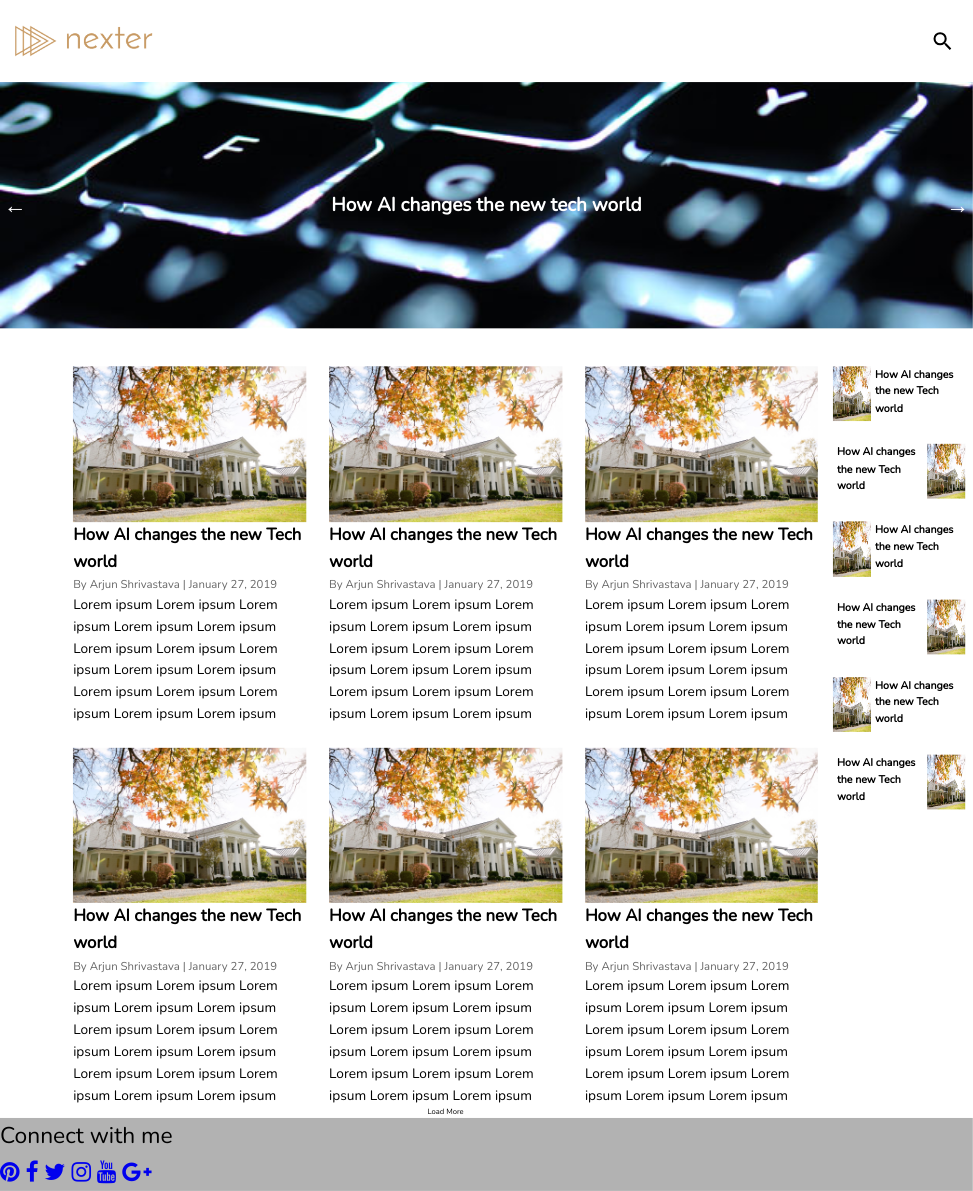
Repository: geekyarjun/myblog
Page: index.html
These files come from the project's save history. The page is drawn as it stood at one moment and after the next save; the edit follows.
The browser window is 1280 px wide. The pictures show the whole page, at 76% of full size.
Some web libraries are served in a nearby version. The style sheet was rebuilt from its Sass, Less or Tailwind sources for each picture, by a compiler version that may differ from the author's.

Above is the page before, as saved 2019-03-03 18:56:47.

### index.html
<!DOCTYPE html>
<html>
<head>
    <meta charset="utf-8" />
    <meta http-equiv="X-UA-Compatible" content="IE=edge">
    <title>Tech Stack</title>
    <meta name="viewport" content="width=device-width, initial-scale=1">
    <link href="https://fonts.googleapis.com/css?family=Nunito:200,300,400" rel="stylesheet">
    <link rel="stylesheet" href="css/style.css">
    <link href='https://fonts.googleapis.com/css?family=Open+Sans|Oswald:300' rel='stylesheet' type='text/css'>
    <link rel="stylesheet" href="https://maxcdn.bootstrapcdn.com/font-awesome/4.4.0/css/font-awesome.min.css">

    <!-- <link href="https://fonts.googleapis.com/css?family=Nunito:300,400,600" rel="stylesheet"> -->
</head>
<body class="container">
    <header class="header">
        <img src="/img/logo.png" alt="techstack logo" class="header__logo">
        <img src="/img/search.svg" alt="Search icon" class="header__search-logo">
    </header>
    <section class="slider">
        <img src="img/best-tech-sites.jpg" alt="slide post-1" />
        <h2>How AI changes the new tech world</h2>
        <button class="slider--previous" onclick="moveSlides('-')">&larr;</button>
        <button class="slider--next" onclick="moveSlides('+')">&rarr;</button>
    </section>
    <main class="post_container">
        <article>
            <img src="img/gal-1.jpeg" alt="first post" />
            <h2>How AI changes the new Tech world</h2>
            <p class="author">By Arjun Shrivastava | January 27, 2019</p>
            <p class="text">Lorem ipsum Lorem ipsum Lorem ipsum Lorem ipsum Lorem ipsum Lorem ipsum Lorem ipsum Lorem ipsum Lorem ipsum Lorem ipsum Lorem ipsum Lorem ipsum Lorem ipsum Lorem ipsum Lorem ipsum</p>
        </article>
        <article>
            <img src="img/gal-1.jpeg" alt="first post" />
            <h2>How AI changes the new Tech world</h2>
            <p class="author">By Arjun Shrivastava | January 27, 2019</p>
            <p class="text">Lorem ipsum Lorem ipsum Lorem ipsum Lorem ipsum Lorem ipsum Lorem ipsum Lorem ipsum Lorem ipsum Lorem ipsum Lorem ipsum Lorem ipsum Lorem ipsum Lorem ipsum Lorem ipsum Lorem ipsum</p>
        </article>
        <article>
            <img src="img/gal-1.jpeg" alt="first post" />
            <h2>How AI changes the new Tech world</h2>
            <p class="author">By Arjun Shrivastava | January 27, 2019</p>
            <p class="text">Lorem ipsum Lorem ipsum Lorem ipsum Lorem ipsum Lorem ipsum Lorem ipsum Lorem ipsum Lorem ipsum Lorem ipsum Lorem ipsum Lorem ipsum Lorem ipsum Lorem ipsum Lorem ipsum Lorem ipsum</p>
        </article>
        <article>
            <img src="img/gal-1.jpeg" alt="first post" />
            <h2>How AI changes the new Tech world</h2>
            <p class="author">By Arjun Shrivastava | January 27, 2019</p>
            <p class="text">Lorem ipsum Lorem ipsum Lorem ipsum Lorem ipsum Lorem ipsum Lorem ipsum Lorem ipsum Lorem ipsum Lorem ipsum Lorem ipsum Lorem ipsum Lorem ipsum Lorem ipsum Lorem ipsum Lorem ipsum</p>
        </article>
        <article>
            <img src="img/gal-1.jpeg" alt="first post" />
            <h2>How AI changes the new Tech world</h2>
            <p class="author">By Arjun Shrivastava | January 27, 2019</p>
            <p class="text">Lorem ipsum Lorem ipsum Lorem ipsum Lorem ipsum Lorem ipsum Lorem ipsum Lorem ipsum Lorem ipsum Lorem ipsum Lorem ipsum Lorem ipsum Lorem ipsum Lorem ipsum Lorem ipsum Lorem ipsum</p>
        </article>
        <article>
            <img src="img/gal-1.jpeg" alt="first post" />
            <h2>How AI changes the new Tech world</h2>
            <p class="author">By Arjun Shrivastava | January 27, 2019</p>
            <p class="text">Lorem ipsum Lorem ipsum Lorem ipsum Lorem ipsum Lorem ipsum Lorem ipsum Lorem ipsum Lorem ipsum Lorem ipsum Lorem ipsum Lorem ipsum Lorem ipsum Lorem ipsum Lorem ipsum Lorem ipsum</p>
        </article>
    </main>
    <aside class="aside-latest-blog-post">
        <article>
            <img src="img/gal-1.jpeg" alt="first post" />
            <h3>How AI changes the new Tech world</h3>
        </article>
        <article class="aside-latest-blog-post__alternate-post">
            <h3>How AI changes the new Tech world</h3>
            <img src="img/gal-1.jpeg" alt="first post" />
        </article>
        <article>
            <img src="img/gal-1.jpeg" alt="first post" />
            <h3>How AI changes the new Tech world</h3>
        </article>
        <article class="aside-latest-blog-post__alternate-post">
            <h3>How AI changes the new Tech world</h3>
            <img src="img/gal-1.jpeg" alt="first post" />
        </article>
        <article>
            <img src="img/gal-1.jpeg" alt="first post" />
            <h3>How AI changes the new Tech world</h3>
        </article>
        <article class="aside-latest-blog-post__alternate-post">
            <h3>How AI changes the new Tech world</h3>
            <img src="img/gal-1.jpeg" alt="first post" />
        </article>
    </aside>
    <section class="load-more">Load More</section>
    <footer class="footer">
        <section class="footer__wrapper">
            <section class="footer__connect-text">Connect with me</section>
            <section class="footer__social-icon">
                <a href="https://www.pinterest.com/paviliongift/" class="generic-anchor" target="_blank" title="Pinterest" itemprop="significantLink"><i
                        class="fa fa-pinterest"></i></a>
                <a href="https://www.facebook.com/paviliongift" class="generic-anchor" target="_blank" title="Facebook" itemprop="significantLink"><i
                        class="fa fa-facebook"></i></a>
                <a href="https://twitter.com/PavilionGiftCo" class="generic-anchor" target="_blank" title="Twitter" itemprop="significantLink"><i
                        class="fa fa-twitter"></i></a>
                <a href="http://instagram.com/paviliongiftcompany" class="generic-anchor" target="_blank" title="Instagram" itemprop="significantLink"><i
                        class="fa fa-instagram"></i></a>
                <a href="https://www.youtube.com/channel/UCYgUODvd0qXbu_LkUWpTVEg" class="generic-anchor" target="_blank" title="Youtube"
                    itemprop="significantLink"><i class="fa fa-youtube"></i></a>
                <a href="https://plus.google.com/+Paviliongift/posts" class="generic-anchor" target="_blank" title="Google Plus"
                    itemprop="significantLink"><i class="fa fa-google-plus"></i></a>
            </section>
        </section>
    </footer>
    <script src="main.js"></script>
</body>
</html>

### img/search.svg
<svg id="Layer_1" xmlns="http://www.w3.org/2000/svg" viewBox="0 0 24 24" width="24" height="24"><path fill="black" fill-opacity="1" d="M15.009 13.805h-.636l-.22-.219a5.184 5.184 0 0 0 1.256-3.386 5.207 5.207 0 1 0-5.207 5.208 5.183 5.183 0 0 0 3.385-1.255l.221.22v.635l4.004 3.999 1.194-1.195-3.997-4.007zm-4.808 0a3.605 3.605 0 1 1 0-7.21 3.605 3.605 0 0 1 0 7.21z"></path></svg>

### main.js
// let showSlideIndex = 1;

// const showSlides = () => {
//     const slides = document.getElementsByClassName('slider__slide');
//     console.log("showSlides", slides.length);
//     for(let i=0; i<slides.length; i++) {
//         slides[i].style.display = 'none';
//     }
//     console.log("showSlideIndex", showSlideIndex);
//     if(showSlideIndex > slides.length || showSlideIndex <= 0 ) { showSlideIndex=1; }

//     slides[showSlideIndex-1].style.display = 'block';
// }

// showSlides();

// const moveSlides = (direction) => {
//     if (direction === '+') {
//         showSlideIndex++;
//         showSlides();
//     } else {
//         showSlideIndex--;
//         showSlides();
//     }
// }

### sass/main.scss
@import "base.scss";
@import "header.scss";
@import "slider.scss";
@import "postcontainer.scss";
@import "aside.scss";
@import "footer.scss";
@import "loadMore.scss";

### sass/_base.scss
*,
*::before,
*::after {
    margin: 0;
    padding: 0;
}

html {
    box-sizing: border-box;
    font-size: 62.5% // 10px/16px = 62.5(1rem == 10px)
}

body {
    font-weight: 300;
    line-height: 1.6;
    // height: 100vh;
    font-family: 'Nunito', sans-serif;
}

.container {
    display: grid;
    grid-template-rows: 15vh 45vh repeat(3, min-content);
    grid-template-columns: [full-start] minmax(6rem, 1fr) [center-start] repeat(8, [col-start] minmax(min-content, 14rem) [col-end]) [center-end] minmax(6rem, 1fr) [full-end];
}

### sass/_header.scss
.header {
    // background-color: blueviolet;
    padding: 2rem;

    grid-column: full-start / full-end;

    display: grid;
    grid-template-columns: max-content max-content;
    justify-content: space-between;
    align-items: center;

    // & > * {
    //     padding: 0 2rem;
    // }

    &__logo {
        // width: 6rem;
        height: 4rem;
    }

    &__search-logo {
        width: 4rem;
        height: 4rem;
    }
}

### sass/_slider.scss
.slider {
    // background-color: lightcoral;

    grid-column: 1 / -1;
    position: relative;

    display: grid;
    grid-template-columns: repeat(8, minmax(min-content,1fr));
    grid-template-rows: repeat(3, 1fr);

    img {
        grid-column: 1 / -1;
        grid-row: 1 / -1;
        height: 100%;
        width: 100%;
        object-fit: cover;
    }

    h2 {
        color: white;
        text-align: center;
        font-size: 2.5rem;

        grid-row: 2 / span 1;
        grid-column: 2 / span 6;
        justify-self: center;
        align-self: center;
    }

    button {
        // font-size: 5rem;
        // position: absolute;
        color: white;
        background: none;
        border: none;
        line-height: 0;
        cursor: pointer;
        font-size: 3rem;
        padding: 5px;
        transition: all .5s;
        // font-weight: 100;
    }

    // &__slide {
    //     height: 100%;

    //     img {
    //         width: 100%;
    //         height: 100%;
    //         object-fit: cover;
    //         filter: blur(1px);
    //     }

    //     h2 {
    //         // position: absolute;
    //         top: 50%;
    //         left: 50%;
    //         transform: translate(-15rem, -1rem);
    //         color: white;
    //         font-size: 2.5rem;
    //     }
    // }

    // button {
    //     font-size: 5rem;
    //     // position: absolute;
    //     color: white;
    //     background: none;
    //     border: none;
    //     line-height: 0;
    //     cursor: pointer;
    //     // font-weight: 100;
    // }

    button:hover {
        background-color: red;
    }

    &--previous {
        top: 50%;
        left: 0;
        // padding: 2rem 1rem;

        grid-column: 1 / span 1;
        grid-row: 2 / span 1;
        justify-self: start;

    }

    &--next {
        top: 50%;
        right: 0;
        // padding: 2rem 1rem;

        grid-column: 8 / span 1;
        grid-row: 2 / span 1;
        justify-self: end;
    }
}

.fade {
    animation: fade 1s ease-in;
}

@keyframes fade {
    0% {opacity: .4;}
    100% {opacity: 1;}
}

### sass/_postcontainer.scss
.post_container {
    // background-color: gainsboro;
    margin-top: 5rem;

    grid-column: center-start / col-end 7;
    grid-gap: 3rem;

    display: grid;
    grid-template-columns: repeat(auto-fit, minmax(30rem, 1fr));

    article {
        display: grid;
        grid-template-columns: repeat(2, 1fr);

        img {
            width: 100%;
            // height: 100%;
            object-fit: cover;

            grid-column: 1 / -1;
        }

        h2 {
            font-size: 2.2rem;

            grid-column: 1 / -1;
        }

        .author {
            font-size: 1.5rem;
            color: rgba(0,0,0,0.6);

            grid-column: 1 / -1;
        }

        .text {
            font-size: 1.8rem;
            grid-column: 1 / -1;
        }


    }
}

### sass/_aside.scss
.aside-latest-blog-post {
    margin-top: 5rem;
    margin-left: 2rem;
    margin-right: 1rem;

    display: grid;
    grid-row-gap: 3rem;
    grid-auto-rows: max-content;

    grid-column: col-start 8 / full-end;

    article {
        display: grid;
        grid-template-columns: 5rem auto;

        img {
            width: 100%;
            height: 100%;
        }

        h3 {
            font-size: 1.4rem;
            padding: 0rem 0rem .5rem .5rem;
        }

        @media screen and (max-width: 1200px) {
            img {
                grid-column: 1 / -1;
            }

            h3 {
                grid-column: 1 / -1;
            }
        }
    }

    &__alternate-post {
        display: grid !important;
        grid-template-columns: auto 5rem !important;

        @media screen and (max-width: 1200px) {
            h3 {
                grid-row: 2;
            }
        }
    }
}

### sass/_footer.scss
.footer {
    background-color: rgba(0,0,0, .3);

    grid-column: full-start / full-end;

    &__wrapper {

        /* ::after {
            content: '';
            width: 100%;
            border-top: 1px solid black;
            position: absolute;
        } */
    }

    &__connect-text {
        font-size: 3rem;
    }

    &__social-icon {
        font-size: 3rem;
    }
}

### sass/_loadMore.scss
.load-more {
    text-align: center;

    grid-column: center-start / col-end 7;
}

After the next save:
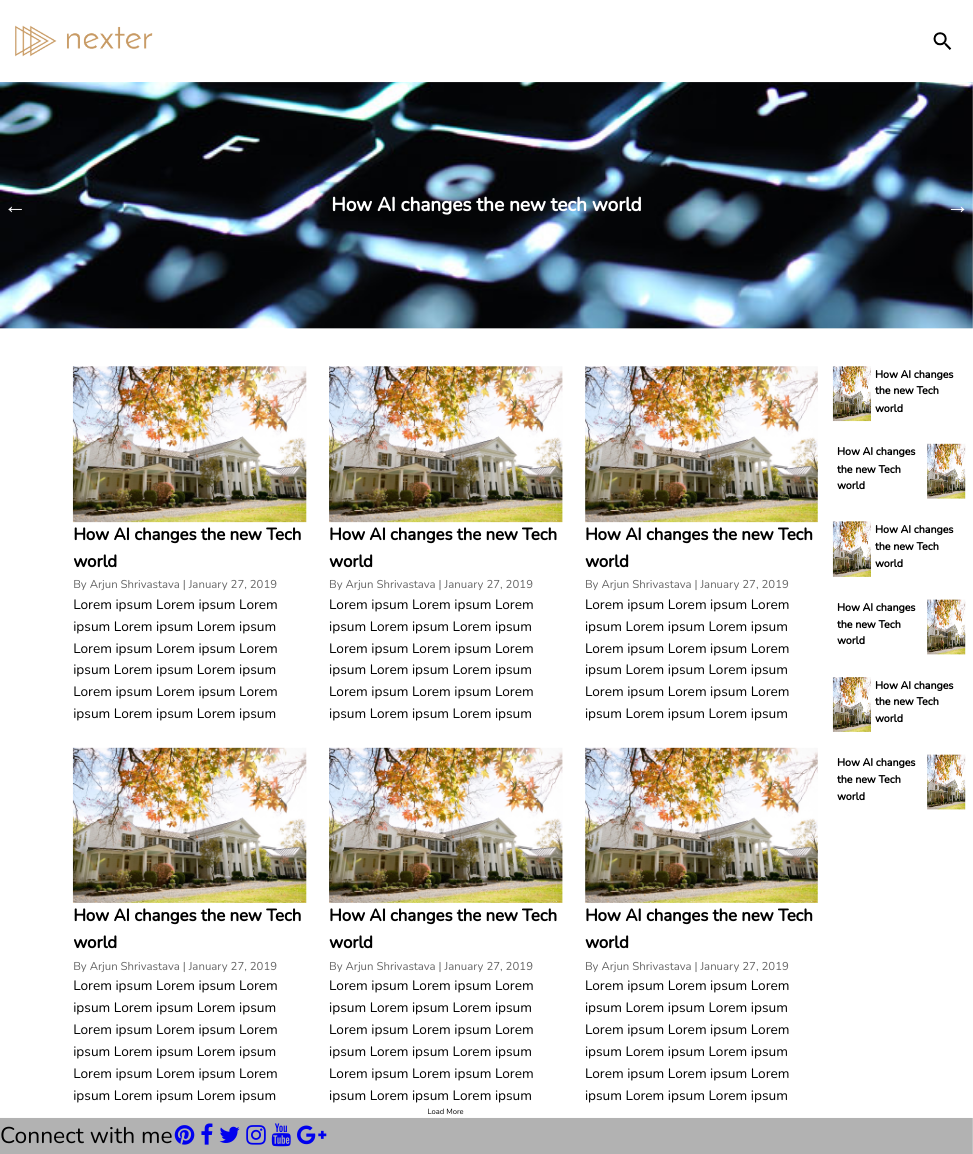
Saved 52 s later.
--- a/sass/_footer.scss
+++ b/sass/_footer.scss
@@ -15,9 +15,11 @@
 
     &__connect-text {
         font-size: 3rem;
+        display: inline-block;
     }
 
     &__social-icon {
         font-size: 3rem;
+        display: inline-block;
     }
 }
